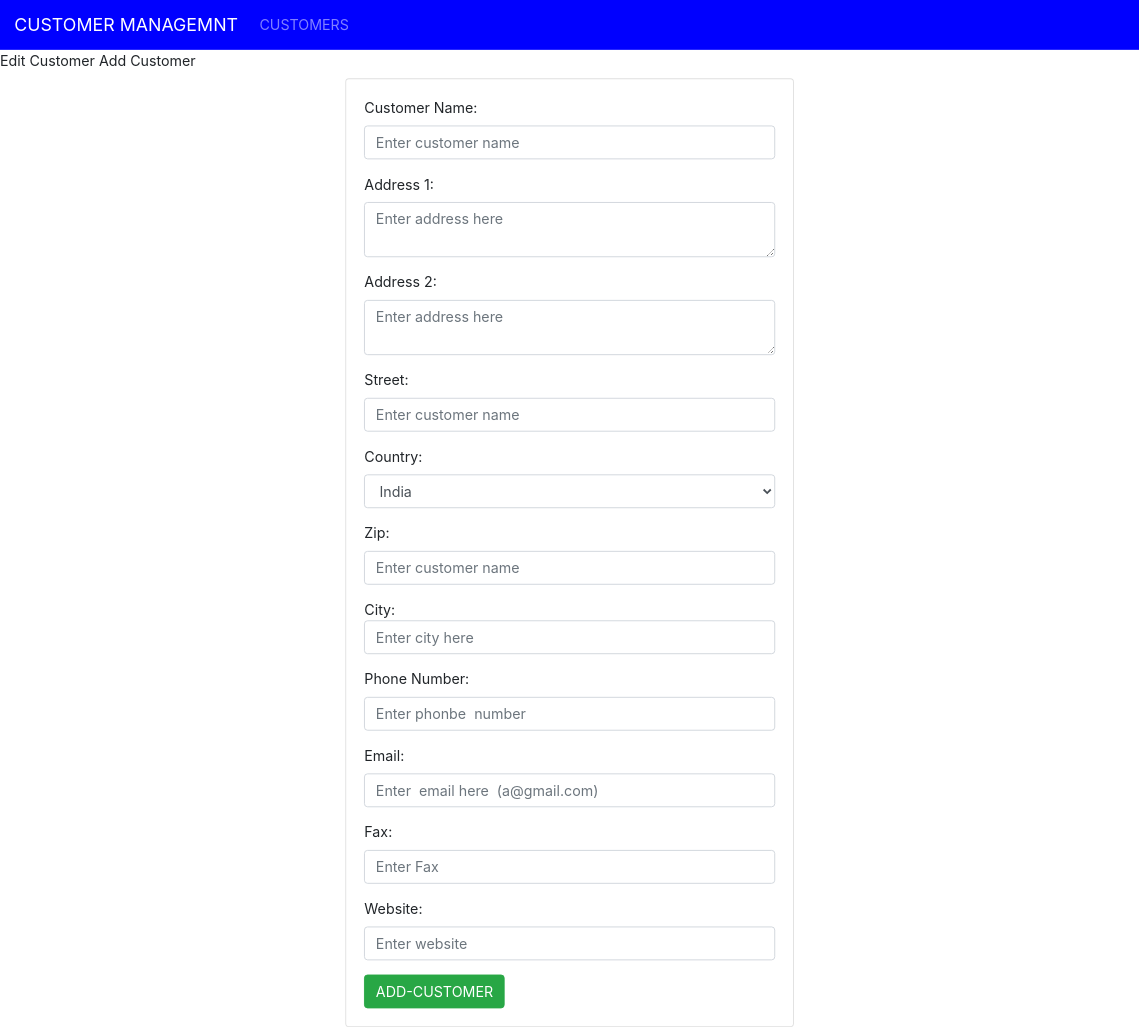
Repository: shruti-2522/webdirekt-assignment
Page: http://localhost/Customer-Project/customer-form.jsp
These files come from the project's save history. The page is drawn as it stood at one moment and after the next save; the edit follows.
The browser window is 1280 px wide. The pictures show the whole page, at 89% of full size.
The page is served by Tomcat 9.

Above is the page before, as saved 2021-07-05 10:46:00.

After the next save:
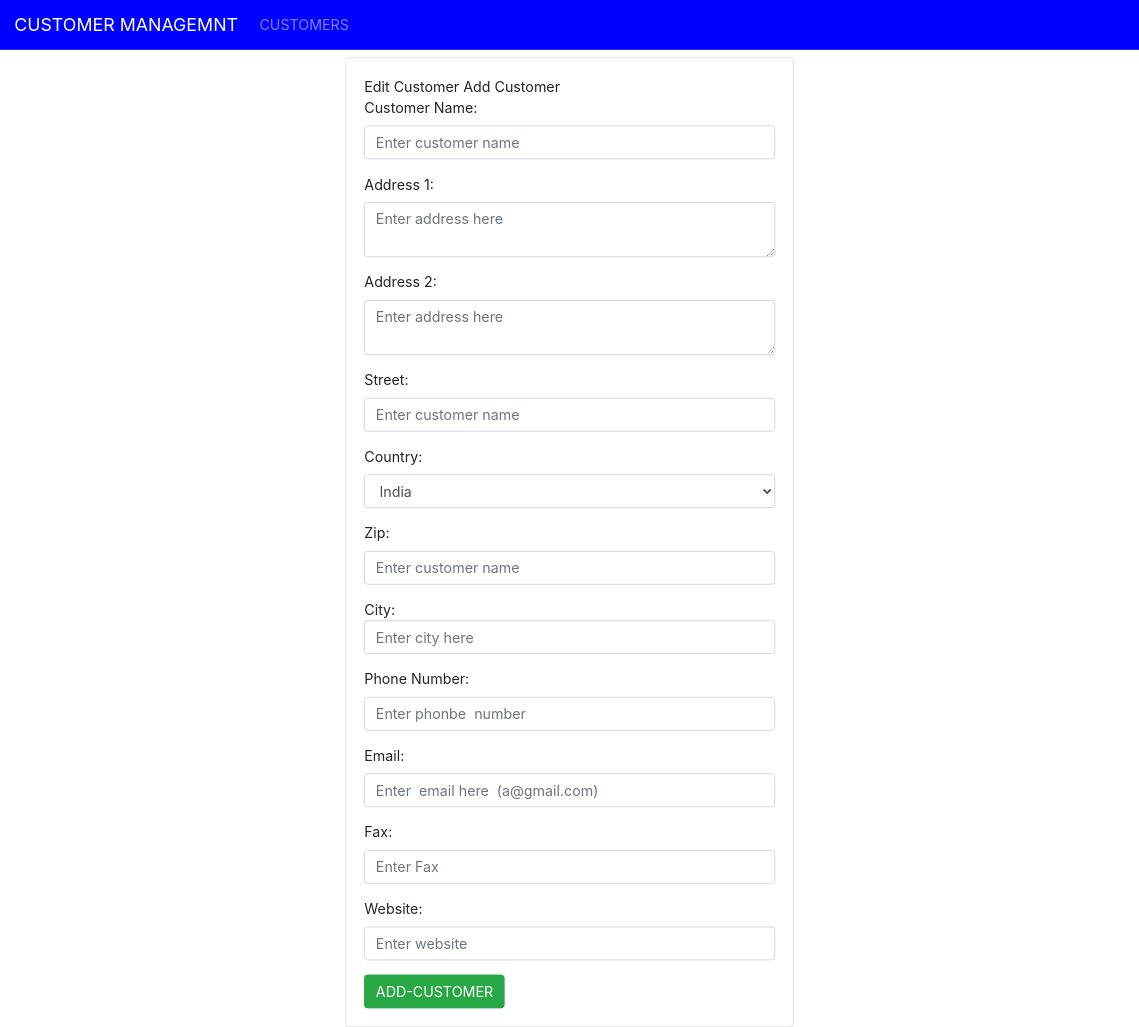
Saved 21 s later.
--- a/Customer-Project/src/main/webapp/customer-form.jsp
+++ b/Customer-Project/src/main/webapp/customer-form.jsp
@@ -29,17 +29,23 @@
 	</header>
 
 
-	<c:if test="{customer!=null}">
-	Edit Customer
-  </c:if>
-
-	<c:if test="{customer!=null}">
-	Add Customer
-  </c:if>
 
 	<div class="container col-md-5 mt-2">
 		<div class="card">
 			<div class="card-body">
+
+
+
+				<c:if test="{customer!=null}">
+	Edit Customer
+  </c:if>
+
+				<c:if test="{customer!=null}">
+	Add Customer
+  </c:if>
+
+				<caption></caption>
+
 
 				<fieldset class="form-group">
 					<label>Customer Name:</label> <input type="text"
